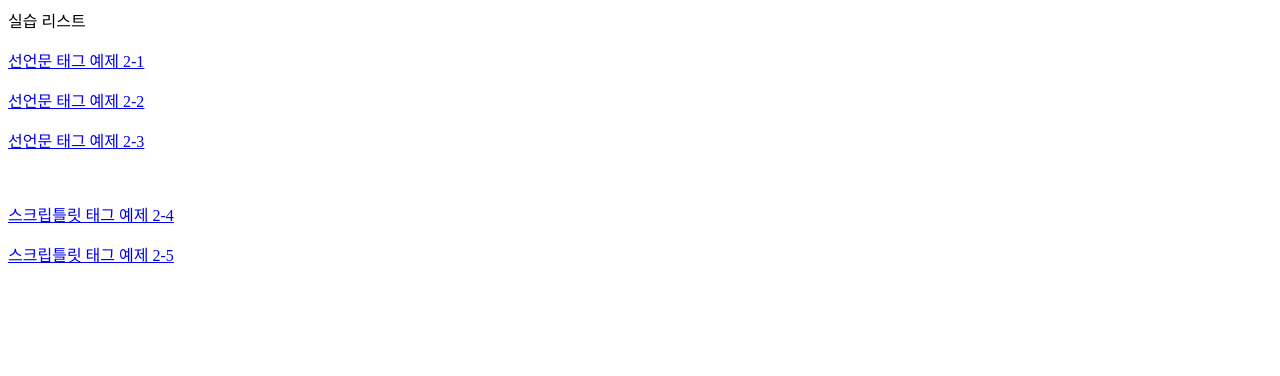
Repository: man332414/myJspStudy
Page: http://localhost/jspbook/
These files come from the project's save history. The page is drawn as it stood at one moment and after the next save; the edit follows.
The browser window is 1280 px wide. The pictures show the whole page.
The page is served by Tomcat 10. Nobody is signed in. The application's start-up code is not run. Other server files are loaded and not shown.

Above is the page before, as saved 2024-10-08 01:39:59.

### jspbook/src/main/webapp/index.jsp
<%@ page language="java" contentType="text/html; charset=UTF-8"
    pageEncoding="UTF-8"%>
<!DOCTYPE html>
<html>
<head>
<meta charset="UTF-8">
<title>어서와 집이야</title>
</head>
<body>
	실습 리스트
	<p><a href = "2_1"> 선언문 태그 예제 2-1</a></p>
	<p><a href = "2_2"> 선언문 태그 예제 2-2</a></p>
	<p><a href = "2_3"> 선언문 태그 예제 2-3</a></p>
	<br>
	<p><a href = "2_4"> 스크립틀릿 태그 예제 2-4</a></p>
	<p><a href = "2_5"> 스크립틀릿 태그 예제 2-5</a></p>
</body>
</html>

After the next save:
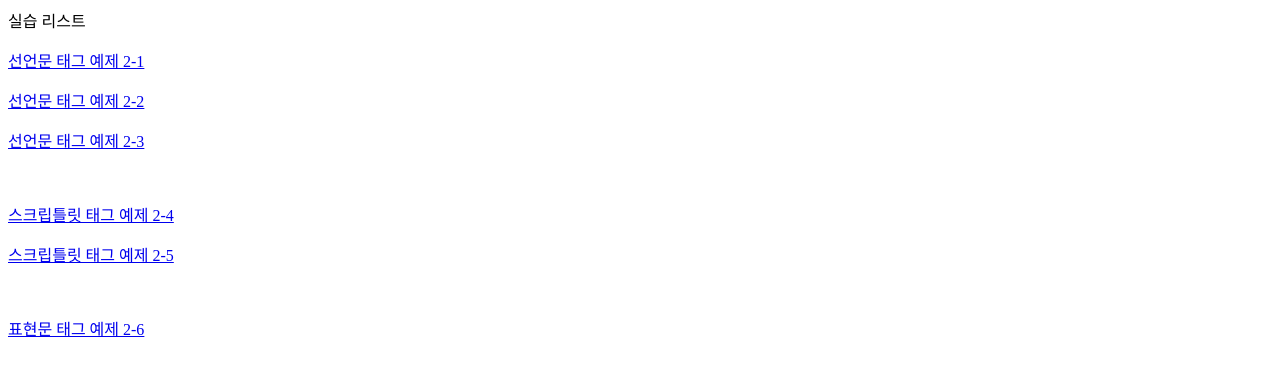
Saved 3 min 17 s later.
--- a/jspbook/src/main/webapp/index.jsp
+++ b/jspbook/src/main/webapp/index.jsp
@@ -14,5 +14,7 @@
 	<br>
 	<p><a href = "2_4"> 스크립틀릿 태그 예제 2-4</a></p>
 	<p><a href = "2_5"> 스크립틀릿 태그 예제 2-5</a></p>
+	<br>
+	<p><a href = "2_6"> 표현문 태그 예제 2-6</a></p>
 </body>
 </html>
